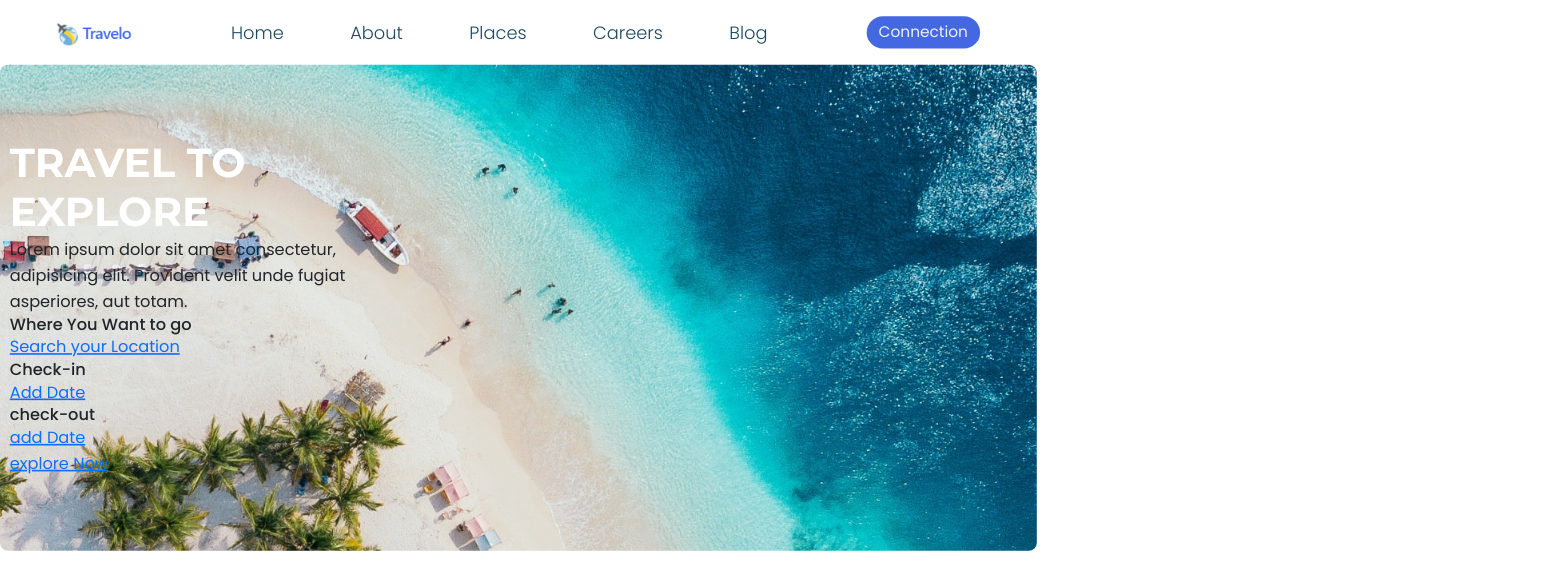
Repository: kuluong2000/travel
Page: index.html
The author's editor kept a copy of each file at every save. The page is drawn from the files as they stood at one save, then again after the next save.
The browser window is 1280 px wide. The page is 1280 px wide, then 1920 px, then 1280 px, so the pictures cover 1920 px, including what lies to the right of the window. The pictures show the whole page, at 81% of full size.
The style sheet was rebuilt from its Sass, Less or Tailwind sources for each picture, by a compiler version that may differ from the author's.

Above is the page before, as saved 2021-09-03 23:07:51.

### index.html
<!DOCTYPE html>
<html lang="en">
  <head>
    <meta charset="UTF-8" />
    <meta http-equiv="X-UA-Compatible" content="IE=edge" />
    <meta name="viewport" content="width=device-width, initial-scale=1.0" />
    <link rel="stylesheet" href="./libs/css/bootstrap.min.css" />
    <link rel="stylesheet" href="./libs/css/animate.css" />
    <link rel="stylesheet" href="./libs/css/slick-theme.css" />
    <link rel="stylesheet" href="./libs/css/slick.css" />
    <link rel="stylesheet" href="./assets/css/reset.css" />
    <link rel="stylesheet" href="./assets/css/style.css" />
    <link rel="stylesheet" href="./assets/css/responsive.css" />
    <title>Document</title>
  </head>
  <body>
    <header class="header">
      <div class="container">
        <div class="row">
          <div class="header__main">
            <div class="header__logo">
              <a href="/">
                <img src="./assets/image/logo.png" alt="" srcset="" />
              </a>
            </div>
            <div class="sub-menu">
              <div class="line1"></div>
              <div class="line2"></div>
              <div class="line3"></div>
            </div>
            <nav>
              <ul class="header__menu">
                <li class="header__menu__item">
                  <a class="header__mennu__item__link" href="/">Home</a>
                </li>
                <li class="header__menu__item">
                  <a class="header__mennu__item__link" href="/">About</a>
                </li>
                <li class="header__menu__item">
                  <a class="header__mennu__item__link" href="/">Places</a>
                </li>
                <li class="header__menu__item">
                  <a class="header__mennu__item__link" href="/">Careers</a>
                </li>
                <li class="header__menu__item">
                  <a class="header__mennu__item__link" href="/">Blog</a>
                </li>
              </ul>
            </nav>
            <a href="#" class="header__conn"> Connection </a>
          </div>
        </div>
      </div>
    </header>
    <main>
      <section class="banner">
        <div class="container">
          <div class="row">
            <div class="banner__main">
              <div class="banner__main__top">
                <h1 class="banner__main__title">Travel To explore</h1>
                <p class="banner__main__desc">
                  Lorem ipsum dolor sit amet consectetur, adipisicing elit.
                  Provident velit unde fugiat asperiores, aut totam.
                </p>
              </div>
              <div class="banner__main__bottom">
                <div class="banner__main_list">
                  <div class="banner__main__item">
                    <h4 class="banner__main__item__caption">
                      Where You Want to go
                    </h4>
                    <a href="/" class="banner__main__item__desc"
                      >Search your Location</a
                    >
                  </div>
                  <div class="banner__main__item">
                    <h4 class="banner__main__item__caption">Check-in</h4>
                    <a href="/" class="banner__main__item__desc">Add Date</a>
                  </div>
                  <div class="banner__main__item">
                    <h4 class="banner__main__item__caption">check-out</h4>
                    <a href="/" class="banner__main__item__desc">add Date</a>
                  </div>
                </div>
                <a href="/" class="banner__btn"> explore Now</a>
              </div>
            </div>
          </div>
        </div>
      </section>
    </main>

    <script src="./libs/Js/jquery-3.5.1.slim.min.js"></script>
    <script src="./libs/Js/bootstrap.min.js"></script>
    <script src="./libs/Js/slick.min.js"></script>
    <script src="./libs/Js/wow.js"></script>
    <script src="./assets/Js/main.js"></script>
  </body>
</html>

### assets/css/reset.css
html, body, div, span, applet, object, iframe,
h1, h2, h3, h4, h5, h6, p, blockquote, pre,
a, abbr, acronym, address, big, cite, code,
del, dfn, em, img, ins, kbd, q, s, samp,
small, strike, strong, sub, sup, tt, var,
b, u, i, center,
dl, dt, dd, ol, ul, li,
fieldset, form, label, legend,
table, caption, tbody, tfoot, thead, tr, th, td,
article, aside, canvas, details, embed,
figure, figcaption, footer, header, hgroup,
menu, nav, output, ruby, section, summary,
time, mark, audio, video {
	margin: 0;
	padding: 0;
	border: 0;
	font-size: 100%;
	vertical-align: baseline;
}
/* HTML5 display-role reset for older browsers */
article, aside, details, figcaption, figure,
footer, header, hgroup, menu, nav, section {
	display: block;
}
* {
	box-sizing: border-box;
}
body {
	line-height: 1;
  font-family: 'Muli', sans-serif;


  font-style: normal;
  font-weight: normal;
  font-size: 16px;
  line-height: 32px;
}
ol, ul {
	list-style: none;
}
blockquote, q {
	quotes: none;
}
blockquote:before, blockquote:after,
q:before, q:after {
	content: '';
	content: none;
}
table {
	border-collapse: collapse;
	border-spacing: 0;
}

img {
  max-width: 100%;
	vertical-align: bottom;
}
a {
	outline: none;
}

### assets/css/responsive.css

@media (min-width:1920px){
    .container{
        max-width: 1804px;
    }
}
@media (min-width:1400px) and (max-width:1919px){

}
@media (min-width:1200px) and (max-width:1399px){

}
@media (min-width:992px) and (max-width:1199px){
    .header__menu__item:not(:first-child) {
        margin-left: 65px;
    }
}
@media (min-width:768px) and (max-width:991px){
    .header__menu__item:not(:first-child) {
        margin-left: 25px;
    }
    .header__conn {

        font-size: 16px;
        padding: 3px 10px;
    }
}
@media  (max-width:767px){
    .container{
        max-width: 100%;

        margin:0 ;
    }

    .header__main {
        padding: 10px;
    }
    .header__menu {
        position: absolute;
        flex-direction: column;
        background: #1C4961;
        width: 100%;
        height: 100vh;
        left: 0;
        top: 50px;
        transition: 0.5s ;
        transform: translateX(-100%);
        justify-content: unset;
    }
    .header__menu.active{
        transform: translateX(0);
    }
    .header__mennu__item__link {
        color: white;;
    }
    .sub-menu{
        display: block;
        left: 60%;
        top: 50%;
        transform: translate(-50%,-50%);
    }
    .header__menu__item:not(:first-child) {
        margin-left: 0;
    }
    .header__menu__item{
        margin-top: 30px;
    }
    .header__conn {
        font-size: 14px;
        padding: 3px 10px;
    }
}

### assets/Js/main.js
const sub_menu = document.querySelector('.sub-menu');
const menu = document.querySelector('.header__menu');
sub_menu.addEventListener('click', ()=>{
    sub_menu.classList.toggle('active');;
    menu.classList.toggle('active');
})

### assets/sass/style.scss
@import "global";
@import "variable";
@import "header";
@import "banner";

### assets/sass/_global.scss
@import url('https://fonts.googleapis.com/css2?family=Montserrat:wght@300;400;500;600;700;800;900&family=Poppins:wght@300;400;500;600;700;800;900&display=swap');
*{
    padding: 0;
    margin: 0;
    box-sizing: border-box;
}
body{
    font-family: 'Poppins', sans-serif;
    line-height: 1.6;
    font-size: 20px;

}

### assets/sass/_variable.scss
$color-white:#FFFFFF;
$color-dark-blue:#1C4961;
$color-blue:#4468E2;
$color-light-blue:#E1E8F8;
$color-black:#000000;
$color-text:#163235;
$color-gray:#848484

### assets/sass/_header.scss
.header{
    position: relative;
    &__main{
        display:flex;
        justify-content: space-between;
        align-items: center;
        padding:20px 0

    }
    &__logo{
        display: inline-block;

    }
    &__menu{
        display:flex;
        justify-content: space-between;
        align-items: center;

    }
    &__menu__item:not(:first-child){
        margin-left: 82px;
    }
    &__mennu__item__link{
        text-decoration: none;
        color: $color-dark-blue;
        font-size: 22px;
        position: relative;
        font-weight: 300;
        transition: 0.5s;
        &::after{
            content: '';
            position: absolute;
            width: 100%;
            height: 2px;
            background-color: $color-blue;
            left: 0;
            bottom: 0;
            transition: 0.5s;
            transform: scale(0);
        }
        &:hover{
            color: $color-dark-blue;
            font-weight: 400;
        }
        &:hover::after{
            transform: scale(1);
        }
    }
    &__conn{
        text-decoration: none;
        background-color: $color-blue;
        color:rgba($color-white, $alpha: 0.9) ;
        font-size: 19px;
        border-radius: 25px;
        padding:5px 15px;
        transition: 0.5s;

        &:hover{
             color:rgba($color-white, $alpha: 1) ;
            background-color: $color-dark-blue;
        }
    }
}
.sub-menu{
    position: absolute;
    display: none;
}
.sub-menu div {
    cursor: pointer;
    width: 25px;
    height: 3px;
    background-color: $color-dark-blue;
    margin: 5px;
    transition: transform 0.5s linear;
}
.active .line1{
    transform:  rotate(-45deg) translate(-5px,6px);
}
.active .line2{
    opacity: 0;
}
.active .line3{
    transform: rotate(45deg) translate(-5px, -6px);
}

### assets/sass/_banner.scss
.banner{
    background: url(../image/banner.jpg) no-repeat center /  cover;
    min-height: 600px;
    border-radius: 10px;
    position: relative;

  &__main{
    position: absolute;
    top: 50%;
    left: 50%;
    transform: translate(-50%,-50%);
}
  &__main__top{
    max-width: 500px;

}
  &__main__title{
    font-size: 50px;
    font-family: 'Montserrat',sans-serif;
    font-weight: bold;
    text-transform: uppercase;
    color: white;
}
  &__main__desc{

}
  &__main__bottom{

}
  &__main_list{

}
  &__main__item{

}
  &__main__item__caption{

}
  &__main__item__desc{

}
  &__btn{

}

}

Loaded but not shown: libs/css/bootstrap.min.css (library); libs/css/animate.css (library); libs/css/slick-theme.css (library); libs/css/slick.css (common file); libs/Js/jquery-3.5.1.slim.min.js (library); libs/Js/bootstrap.min.js (library); libs/Js/slick.min.js (library); libs/Js/wow.js (library)

After the next save:
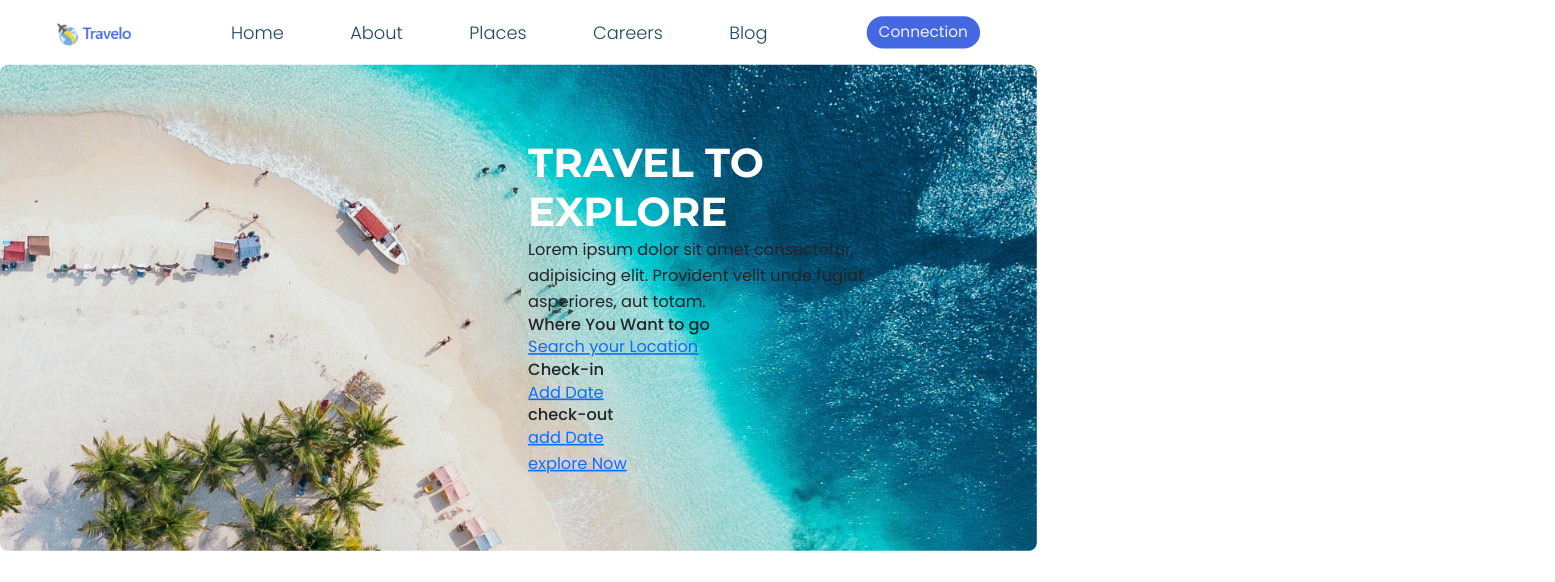
Saved 19 s later.
--- a/assets/sass/_banner.scss
+++ b/assets/sass/_banner.scss
@@ -8,7 +8,7 @@
     position: absolute;
     top: 50%;
     left: 50%;
-    transform: translate(-50%,-50%);
+    transform: translateY(-50%);
 }
   &__main__top{
     max-width: 500px;

After the save that followed:
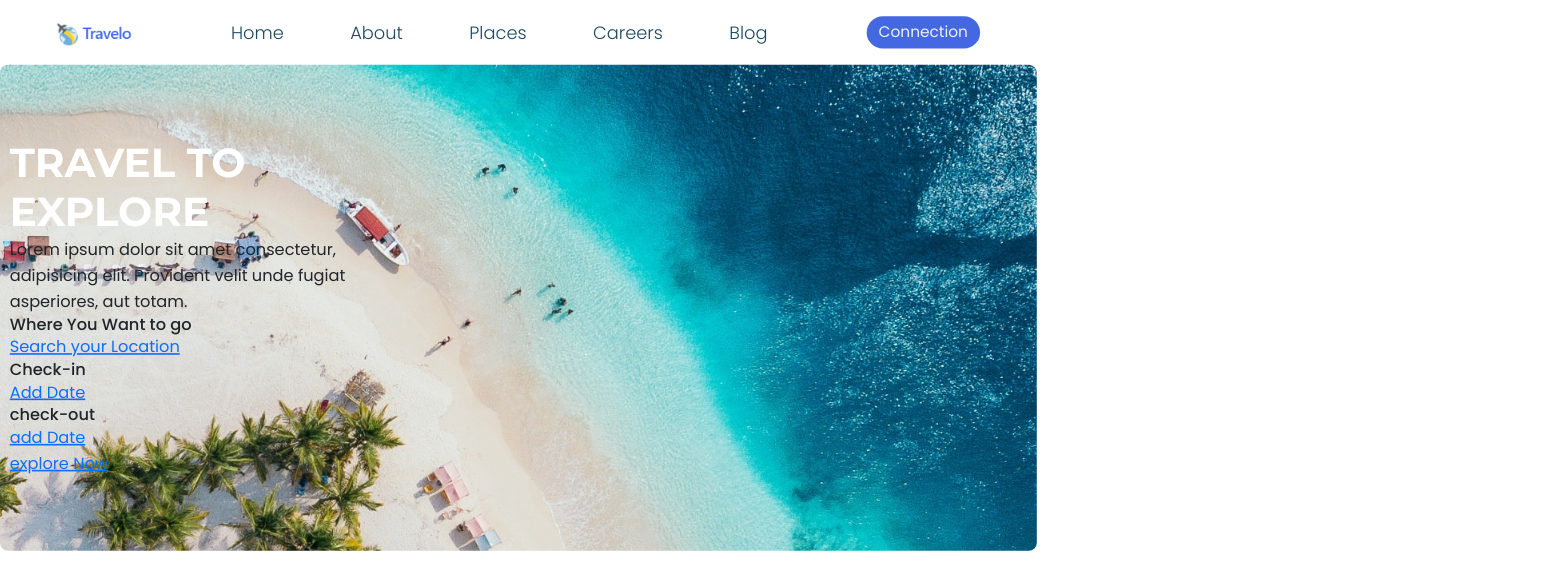
Saved 11 s later.
--- a/assets/sass/_banner.scss
+++ b/assets/sass/_banner.scss
@@ -8,7 +8,7 @@
     position: absolute;
     top: 50%;
     left: 50%;
-    transform: translateY(-50%);
+    transform: translate(-50%,-50%);
 }
   &__main__top{
     max-width: 500px;
